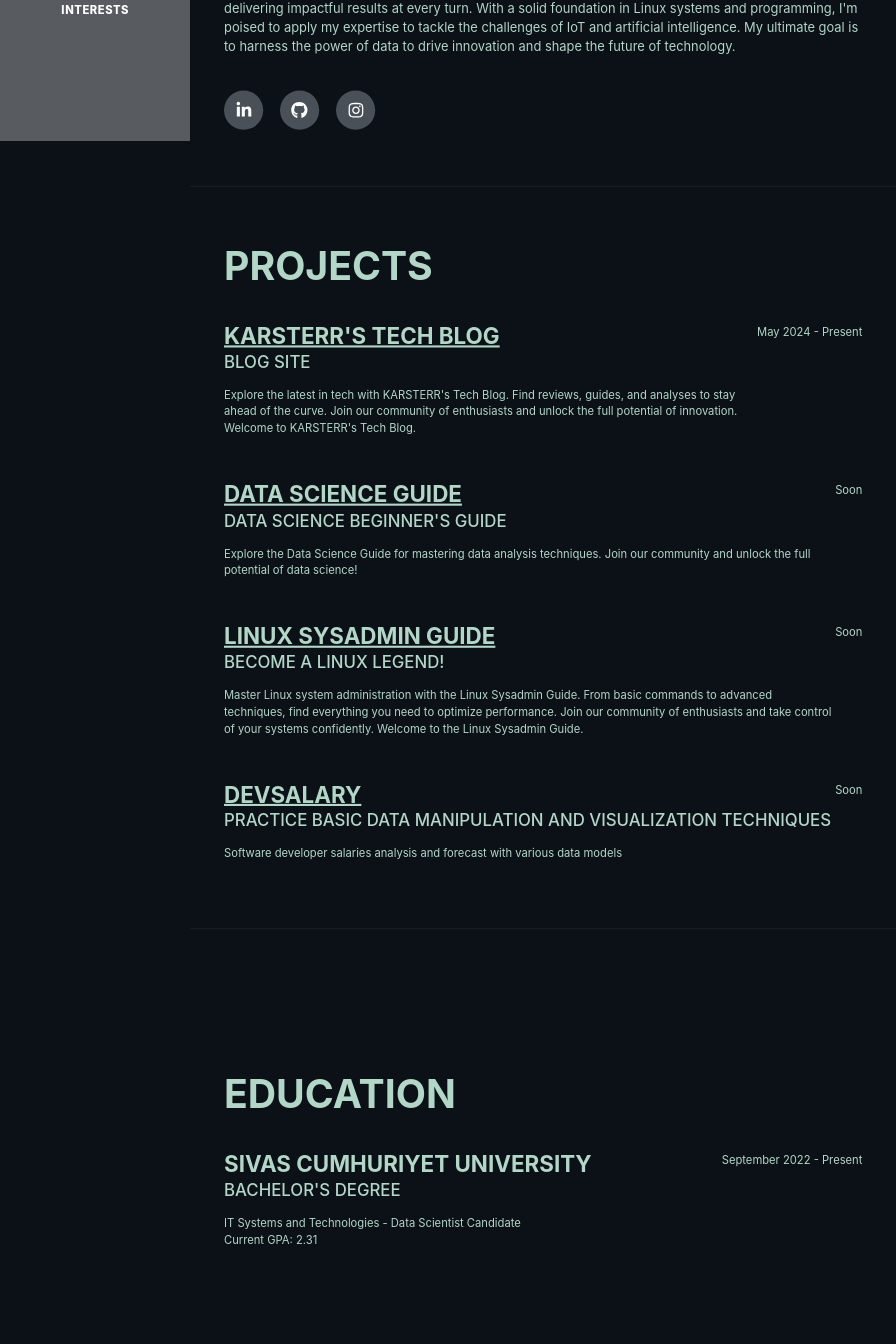
Repository: karsterr/karsterr.github.io
Page: index.html
The author's editor kept a copy of each file at every save. The page is drawn from the files as they stood at one save, then again after the next save.
The browser window is 1280 px wide. The pictures show the part of the page from y = 519 to 2439 px (the page is 4009 px tall), at 70% of full size.
Some web fonts or font styles are not loaded; a fallback is used. Some web libraries are served in a nearby version.

Above is the page before, as saved 2024-05-28 16:36:00.

After the next save:
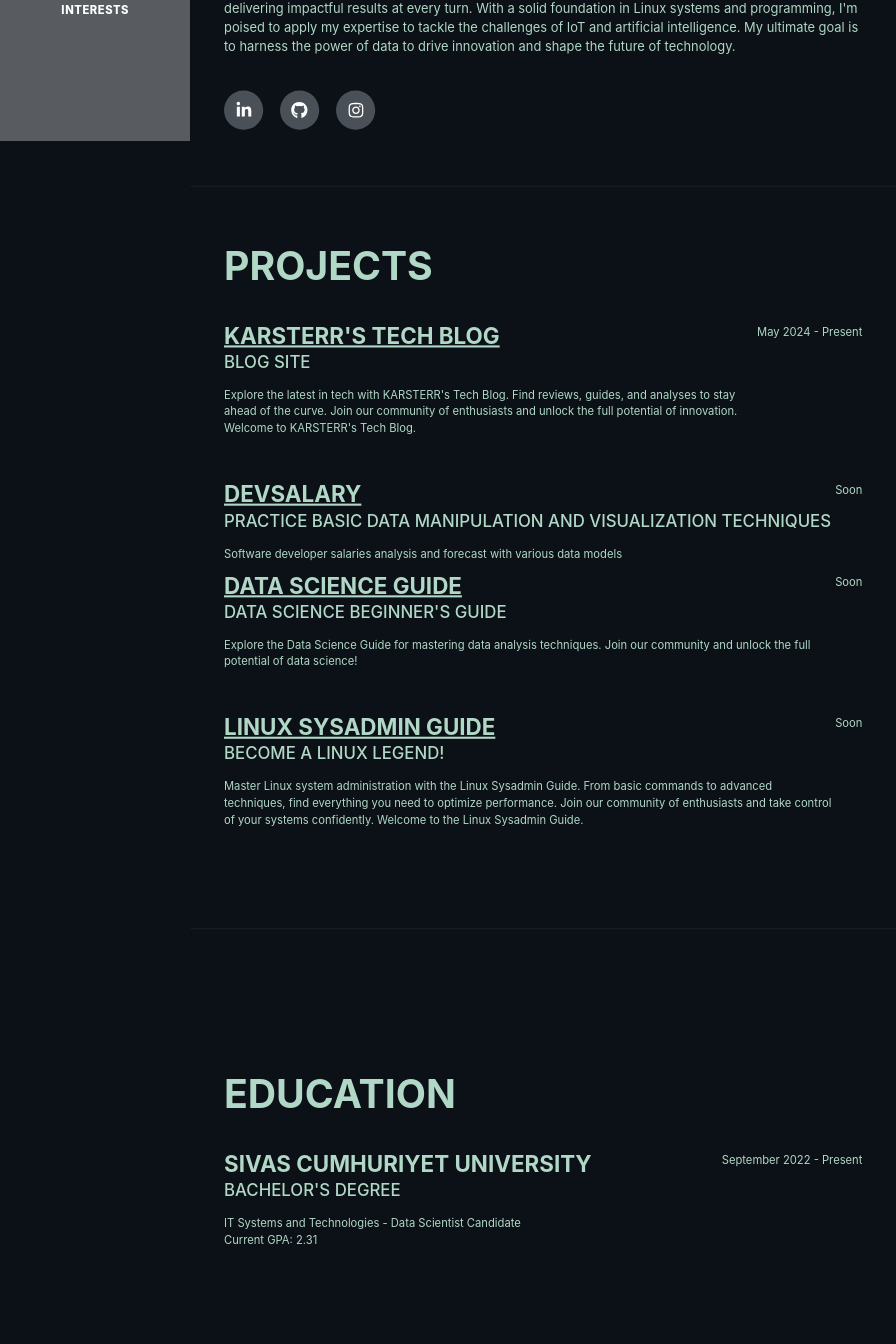
Saved 32 s later.
--- a/index.html
+++ b/index.html
@@ -69,6 +69,16 @@
                             <span class="text-primary">May 2024 - Present</span>
                         </div>
                     </div>
+                    <div class="d-flex flex-column flex-md-row justify-content-between">
+                        <div class="flex-grow-1">
+                            <h3 class="mb-0"><a target="_blank" href="https://github.com/karsterr/DevSalary">DevSalary</a></h3>
+                            <div class="subheading mb-3">Practice basic data manipulation and visualization techniques</div>
+                            <p>Software developer salaries analysis and forecast with various data models</p>
+                        </div>
+                        <div class="flex-shrink-0">
+                            <span class="text-primary">Soon</span>
+                        </div>
+                    </div>
                     <div class="d-flex flex-column flex-md-row justify-content-between mb-5">
                         <div class="flex-grow-1">
                             <h3 class="mb-0"><a href="https://github.com/karsterr/DataScienceGuide" target="_blank" rel="noopener noreferrer">Data Science Guide</a></h3>
@@ -84,16 +94,6 @@
                             <h3 class="mb-0"><a href="https://github.com/karsterr/LinuxSysadminGuide" target="_blank" rel="noopener noreferrer">Linux Sysadmin Guide</a></h3>
                             <div class="subheading mb-3">Become a Linux Legend!</div>
                             <p>Master Linux system administration with the Linux Sysadmin Guide. From basic commands to advanced techniques, find everything you need to optimize performance. Join our community of enthusiasts and take control of your systems confidently. Welcome to the Linux Sysadmin Guide.</p>
-                        </div>
-                        <div class="flex-shrink-0">
-                            <span class="text-primary">Soon</span>
-                        </div>
-                    </div>
-                    <div class="d-flex flex-column flex-md-row justify-content-between">
-                        <div class="flex-grow-1">
-                            <h3 class="mb-0"><a target="_blank" href="https://github.com/karsterr/DevSalary">DevSalary</a></h3>
-                            <div class="subheading mb-3">Practice basic data manipulation and visualization techniques</div>
-                            <p>Software developer salaries analysis and forecast with various data models</p>
                         </div>
                         <div class="flex-shrink-0">
                             <span class="text-primary">Soon</span>
